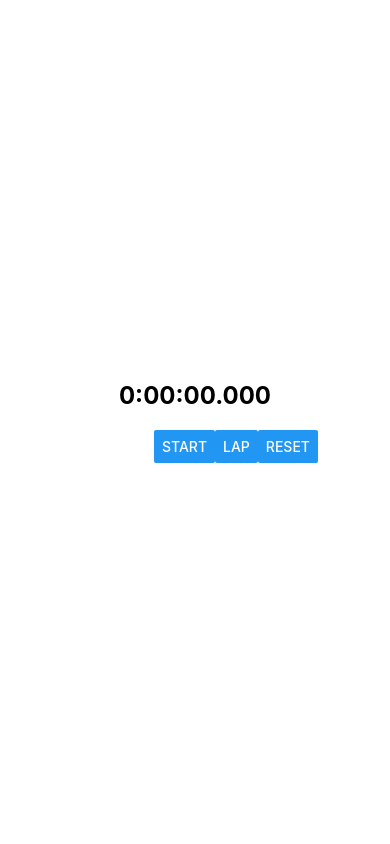
Repository: Shopify/eng-intern-assessment-react-native
Screen: /
These files come from the project's save history. The screen is drawn as it stood at one moment and after the next save; the edit follows.
The app was drawn by React Native's web renderer in a window 390 px wide. The project was rebuilt for these pictures with package versions that can differ from the ones it lists, and the page was loaded fresh each time.

Above is the screen before, as saved 2024-01-13 12:06:47.

### App.tsx
import { StatusBar } from 'expo-status-bar';
import { StyleSheet, Text, View } from 'react-native';
import StopWatch from './src/StopWatch';

export default function App() {
  return (
    <View style={styles.container}>
      <StopWatch></StopWatch>
      <StatusBar style="auto" />
    </View>
  );
}

const styles = StyleSheet.create({
  container: {
    flex: 1,
    backgroundColor: '#fff',
    alignItems: 'center',
    justifyContent: 'center',
  },
});

### src/StopWatch.tsx
import React, { useState, useEffect } from 'react';
import { Text, View, StyleSheet } from 'react-native';
import StopWatchButton from './StopWatchButton';

const StopWatch = () => {
  const [isRunning, setIsRunning] = useState(false);
  const [timeElapsed, setTimeElapsed] = useState(0);
  const [laps, setLaps] = useState<number[]>([]);

  useEffect(() => {
    let interval: ReturnType<typeof setInterval>;
    if (isRunning) {
      interval = setInterval(() => {
        setTimeElapsed(prevTime => prevTime + 10); // Increment every 10 milliseconds
      }, 10);
    }
    return () => clearInterval(interval);
  }, [isRunning]);

  const handleStartStop = () => {
    setIsRunning(!isRunning);
  };

  const handleLap = () => {
    setLaps([...laps, timeElapsed]);
  };

  const handleReset = () => {
    setIsRunning(false);
    setTimeElapsed(0);
    setLaps([]);
  };

  const formatTime = (milliseconds: number) => {
    const hours = Math.floor(milliseconds / 3600000); // 1 Hour = 3600000 Milliseconds
    const minutes = Math.floor((milliseconds % 3600000) / 60000); // 1 Minute = 60000 Milliseconds
    const seconds = Math.floor((milliseconds % 60000) / 1000); // 1 Second = 1000 Milliseconds
    const millis = milliseconds % 1000;

    return `${hours}:${minutes.toString().padStart(2, '0')}:${seconds.toString().padStart(2, '0')}.${millis.toString().padStart(3, '0')}`;
  };

  return (
    <View style={styles.container}>
      <Text style={styles.timerText}>{formatTime(timeElapsed)}</Text>
      {laps.map((lap, index) => (
        <Text key={index} style={styles.lapText}>{`Lap ${index + 1}: ${formatTime(lap)}`}</Text>
      ))}
      <View style={styles.buttonContainer}>
        <StopWatchButton title={isRunning ? "Stop" : "Start"} onPress={handleStartStop} />
        <StopWatchButton title="Lap" onPress={handleLap} />
        <StopWatchButton title="Reset" onPress={handleReset} />
      </View>
    </View>
  );
};

const styles = StyleSheet.create({
  container: {
    flex: 1,
    alignItems: 'center',
    justifyContent: 'center',
  },
  timerText: {
    fontSize: 24,
    fontWeight: 'bold',
  },
  lapText: {
    fontSize: 16,
  },
  buttonContainer: {
    flexDirection: 'row', // This will arrange buttons side by side
    justifyContent: 'space-around',
    width: '50%', // Adjust as needed
    marginTop: 20,
  },
});

export default StopWatch;

### src/StopWatchButton.tsx
import React from 'react';
import { Button, View } from 'react-native';

type Props = {
  title: string;
  onPress: () => void;
};

const StopWatchButton: React.FC<Props> = ({ title, onPress }) => {
  return (
    <View>
      <Button title={title} onPress={onPress} />
    </View>
  );
};

export default StopWatchButton;

After the next save:
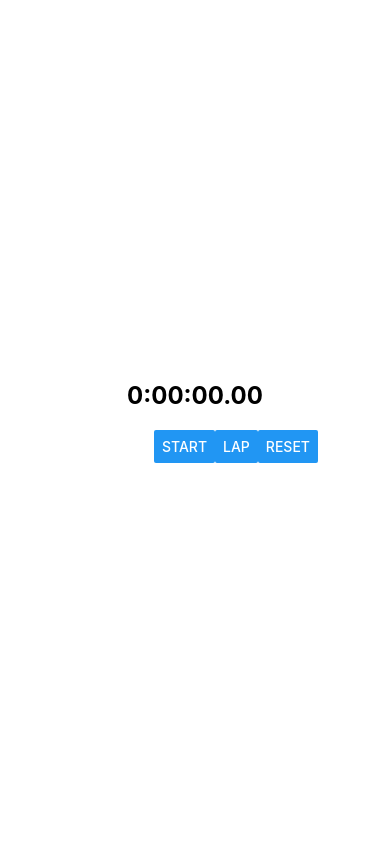
Saved 105 s later.
--- a/src/StopWatch.tsx
+++ b/src/StopWatch.tsx
@@ -35,10 +35,11 @@ const StopWatch = () => {
     const hours = Math.floor(milliseconds / 3600000); // 1 Hour = 3600000 Milliseconds
     const minutes = Math.floor((milliseconds % 3600000) / 60000); // 1 Minute = 60000 Milliseconds
     const seconds = Math.floor((milliseconds % 60000) / 1000); // 1 Second = 1000 Milliseconds
-    const millis = milliseconds % 1000;
+    const millis = Math.floor((milliseconds % 1000) / 10); // Display only two digits for milliseconds
 
-    return `${hours}:${minutes.toString().padStart(2, '0')}:${seconds.toString().padStart(2, '0')}.${millis.toString().padStart(3, '0')}`;
+    return `${hours}:${minutes.toString().padStart(2, '0')}:${seconds.toString().padStart(2, '0')}.${millis.toString().padStart(2, '0')}`;
   };
+
 
   return (
     <View style={styles.container}>
